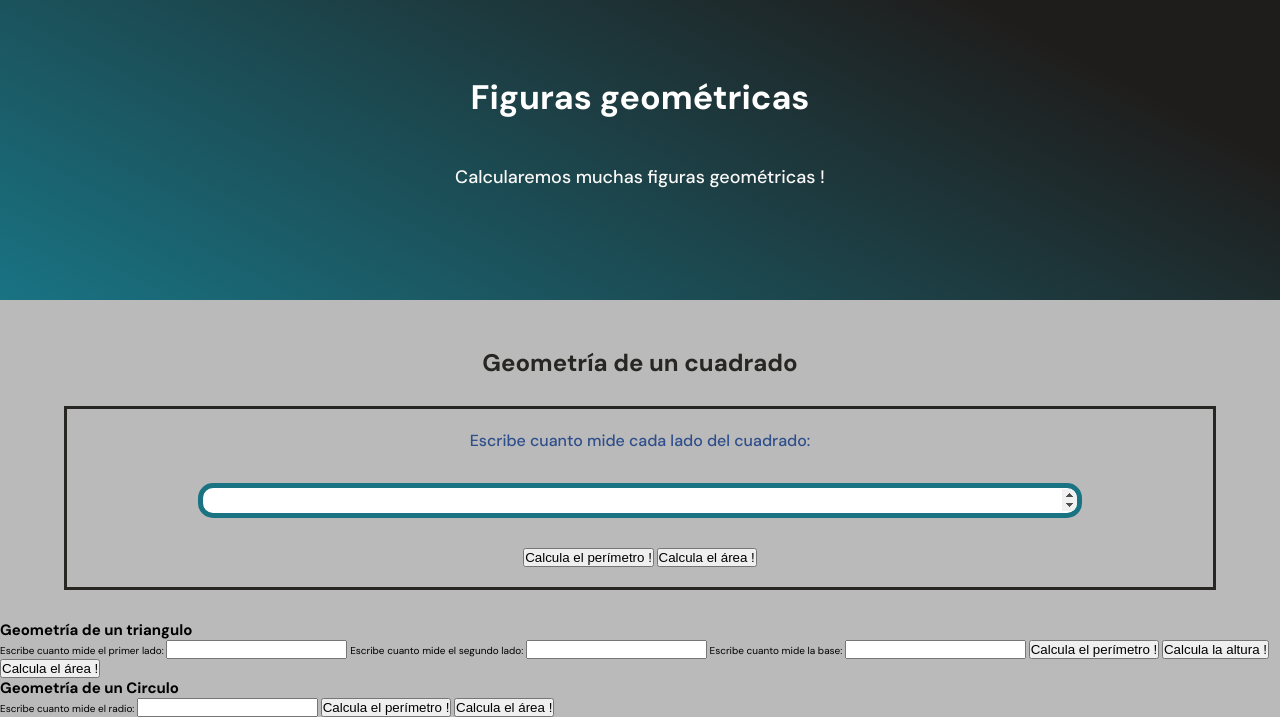
Repository: ChristianGecchelin/javascript-project
Page: javascript-project/figuras-geometricas/figuras.html
The author's editor kept a copy of each file at every save. The page is drawn from the files as they stood at one save, then again after the next save.
The browser window is 1280 px wide. The pictures show the whole page.
The pointer rests on the first visible `.main-calculadora-form-contenedor .form--input`.

Above is the page before, as saved 2021-12-01 23:40:55.

### javascript-project/figuras-geometricas/figuras.html
<!DOCTYPE html>
<html lang="en">
  <head>
    <meta charset="UTF-8" />
    <meta http-equiv="X-UA-Compatible" content="IE=edge" />
    <meta name="viewport" content="width=device-width, initial-scale=1.0" />
    <title>Figuras geométricas | Proyecto 1</title>
    <link rel="preconnect" href="https://fonts.googleapis.com" />
    <link rel="preconnect" href="https://fonts.gstatic.com" crossorigin />
    <link
      href="https://fonts.googleapis.com/css2?family=DM+Sans:wght@400;500;700&family=Inter:wght@300;500&display=swap"
      rel="stylesheet"
    />
    <link rel="stylesheet" href="./style.css" />
  </head>
  <body>
    <header>
      <div class="header--title-container">
        <h1>Figuras geométricas</h1>
        <p>Calcularemos muchas figuras geométricas !</p>
      </div>
    </header>
    <main>
      <section class="main-calculadora-contenedor">
        <h2 class="main-calculadora-contenedor--title">
          Geometría de un cuadrado
        </h2>
        <div class="main-calculadora-form-contenedor">
          <form action="">
            <label class="form--label-input" for=""
              >Escribe cuanto mide cada lado del cuadrado:</label
            >
            <input class="form--input" type="number" id="inputCuadrado" />
            <button type="button" onclick="calcularPerimetroCuadrado()">
              Calcula el perímetro !
            </button>
            <button type="button" onclick="calcularAreaCuadrado()">
              Calcula el área !
            </button>
            <!-- type button, para quitarle el submit por defecto y que no me redireccione a ningun lado -->
          </form>
        </div>
      </section>
      <section>
        <h2>Geometría de un triangulo</h2>
        <form action="">
          <label for="">Escribe cuanto mide el primer lado:</label>
          <input type="number" id="inputLado1" />
          <label for="">Escribe cuanto mide el segundo lado:</label>
          <input type="number" id="inputLado2" />
          <label for="">Escribe cuanto mide la base:</label>
          <input type="number" id="inputBase" />
          <button type="button" onclick="calcularPerimetroTriangulo()">
            Calcula el perímetro !
          </button>
          <button type="button" onclick="calcularAlturaTriangulo()">
            Calcula la altura !
          </button>
          <button type="button" onclick="calcularAreaTriangulo()">
            Calcula el área !
          </button>
          <!-- type button, para quitarle el submit por defecto y que no me redireccione a ningun lado -->
        </form>
      </section>
      <section>
        <h2>Geometría de un Circulo</h2>
        <form action="">
          <label for="">Escribe cuanto mide el radio:</label>
          <input type="number" id="inputRadio" />
          <button type="button" onclick="calcularPerimetroCirculo()">
            Calcula el perímetro !
          </button>
          <button type="button" onclick="calcularAreaCirculo()">
            Calcula el área !
          </button>
          <!-- type button, para quitarle el submit por defecto y que no me redireccione a ningun lado -->
        </form>
      </section>
    </main>
    <script src="./figurasConFunciones.js"></script>
  </body>
</html>

### javascript-project/figuras-geometricas/style.css
:root {
  --Dark-lightblue: #197383;
  --soft-orange: #ffe9d5;
  --secondary-blue: #1a9af7;
  --soft-blue: #e7f5ff;
  --warm-black: #201e1c;
  --black: #282623;
  --grey: #bababa;
  --off-white: #faf8f7;
  --just-white: #fff;
}
* {
  box-sizing: border-box;
  margin: 0;
  padding: 0;
}
html {
  font-size: 62.5%;
  font-family: "DM Sans", sans-serif;
}
header {
  position: relative;
  display: flex;
  flex-direction: column;
  justify-content: center;
  width: 100%;
  min-width: 320px;
  height: 300px;
  text-align: center;
  background: linear-gradient(207.8deg, #1f1d1c 16.69%, #197383 100%);
}
header .header--title-container {
  width: 90%;
  min-width: 288px;
  max-width: 900px;
  height: 200px;
  text-align: center;
  align-self: center;
}
header .header--title-container h1 {
  margin-top: 30px;
  margin-bottom: 50px;
  font-size: 3.4rem;
  font-weight: 700;
  line-height: 3.6rem;
  color: var(--just-white);
}
header .header--title-container p {
  font-size: 1.8rem;
  font-weight: 500;
  line-height: 2.2rem;
  color: var(--off-white);
}
main {
  width: 100%;
  height: auto;
  background-color: var(--grey);
  min-width: 320px;
}
.main-calculadora-contenedor {
  width: 90%;
  min-width: 280px;
  height: auto;
  margin: 0 auto;
  padding-top: 50px;
  padding-bottom: 30px;
  text-align: center;
}
.main-calculadora-contenedor--title {
  margin-bottom: 30px;
  font-size: 2.4rem;
  font-weight: 700;
  line-height: 2.6rem;
  color: var(--black);
}
.main-calculadora-form-contenedor {
  display: flex;
  flex-direction: column;
  justify-content: center;
  height: auto;
  border: 3px solid var(--black);
  padding: 20px 20px;
}
.main-calculadora-form-contenedor .form--label-input {
  display: block;
  font-size: 1.6rem;
  font-weight: 500;
  line-height: 2.4rem;
  color: rgba(34, 68, 136, 0.92);
}
.main-calculadora-form-contenedor .form--input {
  display: block;
  width: 80%;
  height: 35px;
  margin: 30px auto;
  border: none;
  border-radius: 15px;
  text-align: center;
  font-size: 2rem;
  font-weight: 500;
}
.main-calculadora-form-contenedor .form--input:hover {
  border: 5px solid var(--Dark-lightblue);
  width: 80%;
  border-radius: 15px;
}

### javascript-project/figuras-geometricas/figurasConFunciones.js
/* Codigo del cuadrado */
console.group("Cuadrado");
function perimetroCuadrado(lado) {
  return lado * 4;
}
/* console.log(`Perimetro del cuadrado es: ${perimetroCuadrado} cm.`); */
function areaCuadrado(lado) {
  return (
    lado ** 2
  ); /* debe estar escrito de igual manera el parametro que el return */
}

/* console.log(`El area del cuadrado es: ${areaCuadrado} cm^2.`); */
console.groupEnd();

/* Codigo del triangulo */
console.group("Triangulo");

function perimetroTriangulo(lado1, lado2, base) {
  return lado1 + lado2 + base;
}
function calcularAltura(lado1, lado2, lado3) {
  let ladosIguales;
  let ladoBase;
  let altura;

  if (
    lado1 + lado2 <= lado3 ||
    lado1 + lado3 <= lado2 ||
    lado2 + lado3 <= lado1
  ) {
    alert(
      "En un triangulo la base no puede ser mayor a la suma de sus catetos"
    );
  } else {
    switch (true) {
      case lado1 === lado2:
        ladosIguales = lado1;
        ladoBase = lado3;
        break;
      case lado1 === lado3:
        ladosIguales = lado1;
        ladoBase = lado2;
        break;
      case lado3 === lado2:
        ladosIguales = lado2;
        ladoBase = lado1;
        break;
    }
    if (!ladosIguales) {
      alert("Tu triangulo no es isosceles, ingresa la altura");
    } else {
      altura = Math.sqrt(ladosIguales ** 2 - ladoBase ** 2 / 4);
    }
  }
  return ladosIguales, ladoBase, altura;
}
function areaTriangulo(ladoBase, altura) {
  return (
    (ladoBase * altura) / 2
  ); /* tengo que llamar a la funcion altura para pasarle el dato */
}
console.groupEnd();

//Codigo Circulo
console.group("Circulo");
function diametroCirculo(radio) {
  return radio * 2;
}
const pi = Math.PI;
function circunferencia(radio) {
  const diametro = diametroCirculo(radio);
  /* llamo a una funcion dentro de otra y creo una variable que tiene alcance local */
  return diametro * pi;
}
function superficieCirculo(radio) {
  return pi * radio ** 2;
}

console.groupEnd();
/* Creo una funcion, que a traves del id obtengo lo que el usuario ingreso en el input. y con eso le saco el value que le paso
a la funcion que cree antes y es la encargada de hacer el calculo para luego mostrarse en un aler */
function calcularPerimetroCuadrado() {
  const input = document.getElementById("inputCuadrado");
  const value = input.value;
  const perimetro = perimetroCuadrado(value);
  alert(perimetro);
}
function calcularAreaCuadrado() {
  const input = document.getElementById("inputCuadrado");
  const value = input.value;
  const area = areaCuadrado(value);
  alert(area);
}

function calcularPerimetroTriangulo() {
  const inputLado1 = document.getElementById("inputLado1");
  const valueLado1 = Number(inputLado1.value);
  const inputLado2 = document.getElementById("inputLado2");
  const valueLado2 = Number(inputLado2.value);
  const inputBase = document.getElementById("inputBase");
  const valueBase = Number(inputBase.value);
  /* Es importante ponerle number porque por mas que el input tenga type number, este lo transforma como un string */
  const perimetro = perimetroTriangulo(valueLado1, valueLado2, valueBase);
  alert(perimetro);
}

function calcularAlturaTriangulo() {
  const inputLado1 = document.getElementById("inputLado1");
  const valueLado1 = Number(inputLado1.value);
  const inputLado2 = document.getElementById("inputLado2");
  const valueLado2 = Number(inputLado2.value);
  const inputBase = document.getElementById("inputBase");
  const valueBase = Number(inputBase.value);
  const alturaTriangulo = calcularAltura(valueLado1, valueLado2, valueBase);
  alert(alturaTriangulo);
}

function calcularAreaTriangulo() {
  /* const inputAltura = document.getElementById("inputAltura");
  const valueAltura = Number(inputAltura.value);
  const inputBase = document.getElementById("inputBase");
  const valueBase = inputBase.value;
  const area = areaTriangulo(valueAltura, valueBase);
  alert(area); */
  const inputLado1 = document.getElementById("inputLado1");
  const valueLado1 = Number(inputLado1.value);
  const inputLado2 = document.getElementById("inputLado2");
  const valueLado2 = Number(inputLado2.value);
  const inputBase = document.getElementById("inputBase");
  const valueBase = Number(inputBase.value);
  const altura = calcularAltura(valueLado1, valueLado2, valueBase);
  const area = areaTriangulo(valueBase, altura);
  alert(area);
}

function calcularPerimetroCirculo() {
  const inputRadio = document.getElementById("inputRadio");
  const valueRadio = inputRadio.value;
  const perimetro = circunferencia(valueRadio);
  alert(perimetro);
}
function calcularAreaCirculo() {
  const inputRadio = document.getElementById("inputRadio");
  const valueRadio = inputRadio.value;
  const superficie = superficieCirculo(valueRadio);
  alert(superficie);
}

After the next save:
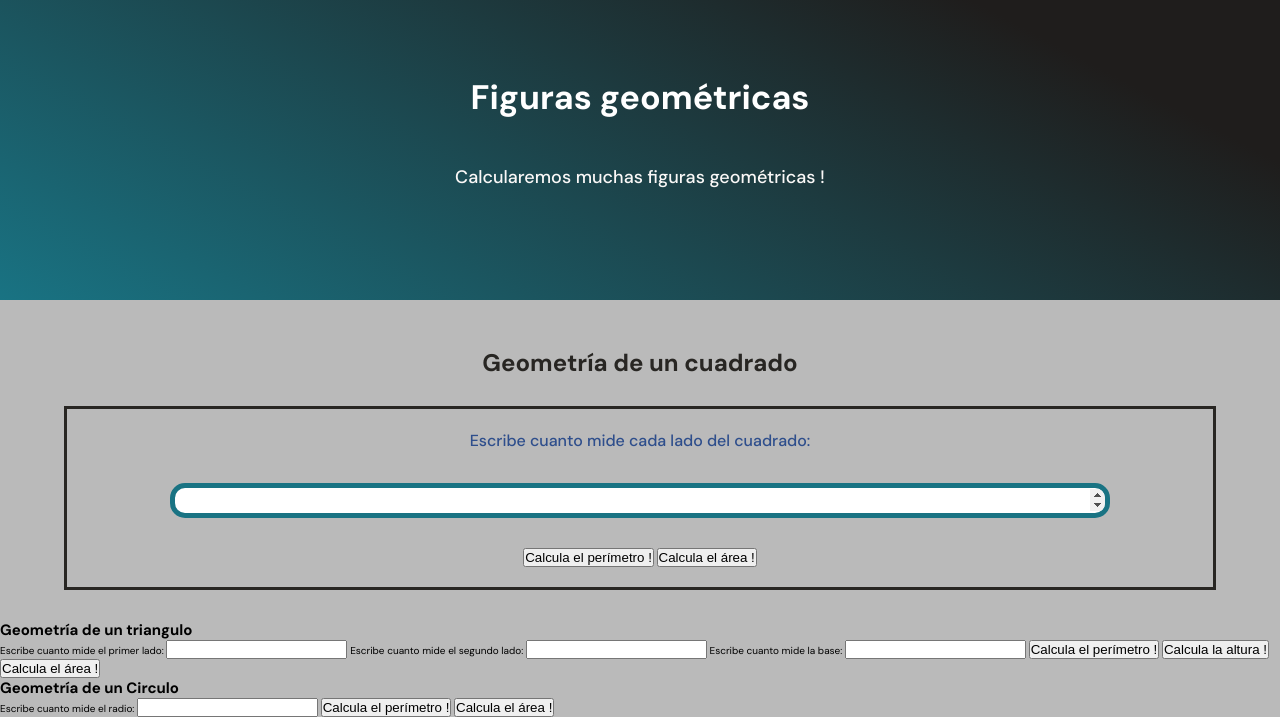
Saved 6 s later.
--- a/javascript-project/figuras-geometricas/style.css
+++ b/javascript-project/figuras-geometricas/style.css
@@ -101,6 +101,6 @@ main {
 }
 .main-calculadora-form-contenedor .form--input:hover {
   border: 5px solid var(--Dark-lightblue);
-  width: 80%;
+  width: 85%;
   border-radius: 15px;
 }
